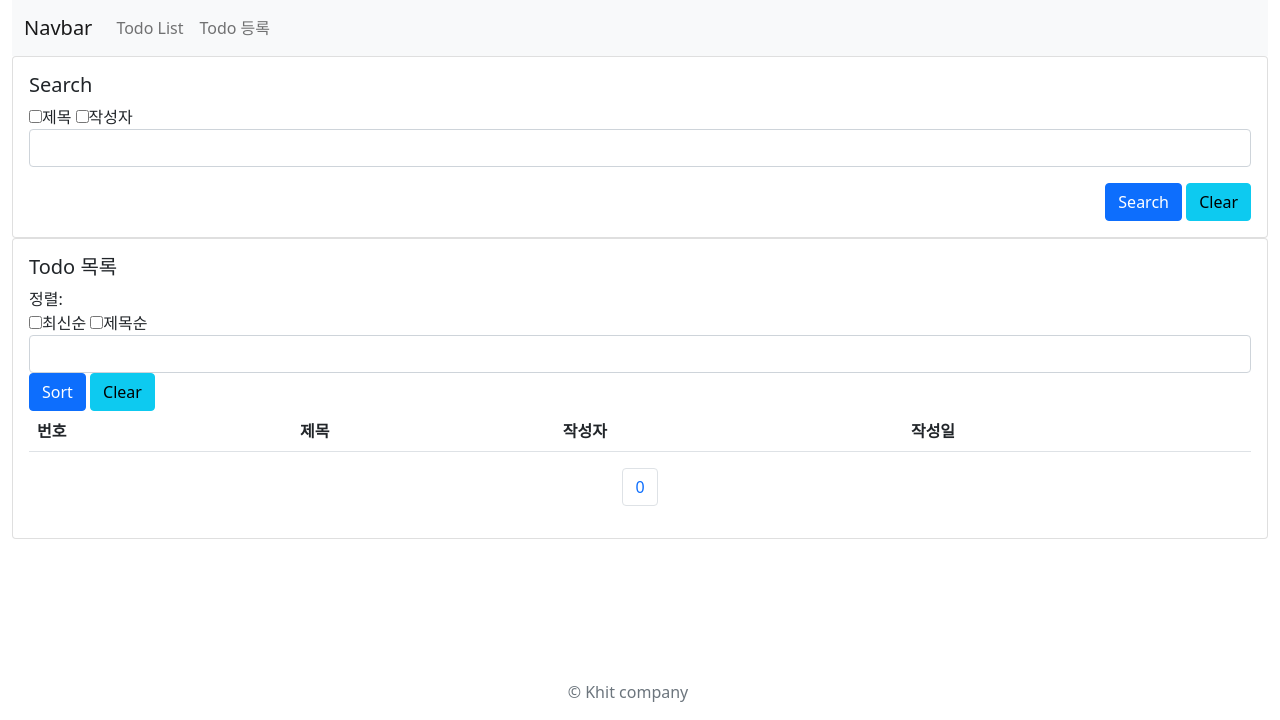
Repository: KyoungHwanJeong/springworks
Page: http://localhost/todoweb/WEB-INF/views/todo/pagelist.jsp
An editor plug-in stored every save of this project. The page is shown before and after the next save, followed by the edit.
The browser window is 1280 px wide. The pictures show the whole page.
The page is served by Tomcat 9. Nobody is signed in. The template is opened directly, without the code that normally fills it, so the values that code supplies are empty.

Above is the page before, as saved 2024-01-10 03:23:42.

After the next save:
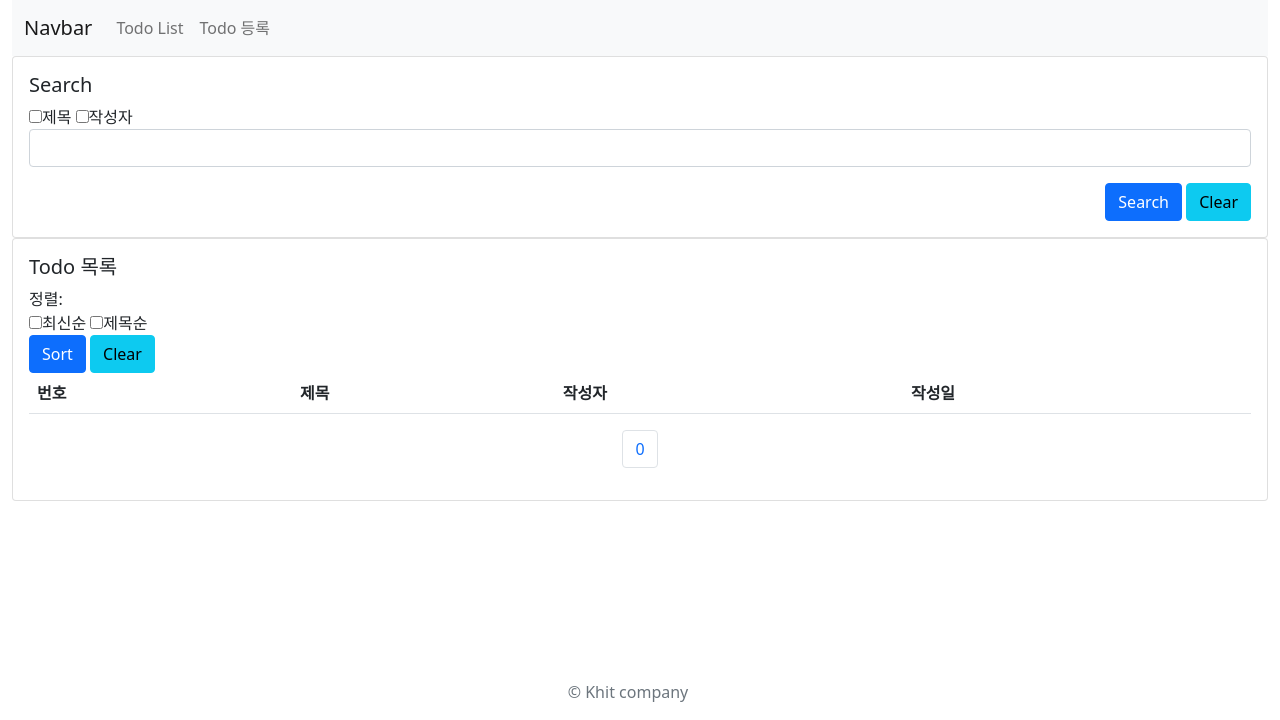
Saved 17 s later.
--- a/todoweb/src/main/webapp/WEB-INF/views/todo/pagelist.jsp
+++ b/todoweb/src/main/webapp/WEB-INF/views/todo/pagelist.jsp
@@ -51,7 +51,6 @@
 								<div>
 								<input type="checkbox" name="sorts" value="recent">최신순
 								<input type="checkbox" name="sorts" value="popular">제목순
-								<input type="text" name="keyword2" class="form-control">
 								</div>
 								<div>
 									<button type="submit" class="btn btn-primary">Sort</button>
